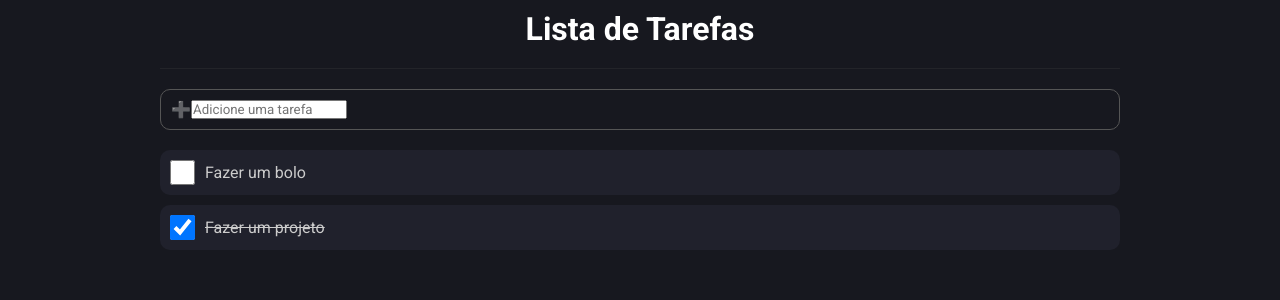
Repository: guilhermecardoso93/todolist-app
Page: /
An editor plug-in stored every save of this project. The page is shown before and after the next save, followed by the edit.
The browser window is 1280 px wide. The pictures show the whole page.
The project was rebuilt for these pictures with package versions that can differ from the ones it lists, and the page was loaded fresh each time. Also part of the build but not shown: vite.config.ts.

Above is the page before, as saved 2022-11-12 22:41:48.

### index.html
<!DOCTYPE html>
<html lang="en">
  <head>
    <meta charset="UTF-8" />
    <meta name="viewport" content="width=device-width, initial-scale=1.0" />
    <link rel="preconnect" href="https://fonts.googleapis.com">
    <link rel="preconnect" href="https://fonts.gstatic.com" crossorigin>
    <link
      href="https://fonts.googleapis.com/css2?family=Roboto:wght@400;500;700&display=swap"
      rel="stylesheet">
    <title>ToDo List</title>
  </head>
  <body>
    <div id="root"></div>
    <script type="module" src="/src/main.tsx"></script>
  </body>
</html>

### src/main.tsx
import React from 'react'
import ReactDOM from 'react-dom/client'
import {App} from './App'

import '../global.css'


ReactDOM.createRoot(document.getElementById('root') as HTMLElement).render(
  <React.StrictMode>
    <App />
  </React.StrictMode>
)

### src/App.tsx
import { useState } from "react";
import { Area, Container, Header } from "./App.styles";
import { AddTask } from "./components/AddTask";
import { ListTask } from "./components/ListTask";
import { Item } from "./types/Item";

export function App() {
  const [list, setList] = useState<Item[]>([
    {
      id: 1,
      task: "Fazer um bolo",
      isDone: false,
    },
    {
      id: 2,
      task: "Fazer um projeto",
      isDone: true,
    },
  ]);

  return (
    <Container>
      <Area>
        <Header>Lista de Tarefas</Header>
        <AddTask/>

       {list.map((task) => (
        <ListTask  task={task} key={task.id}/>
       ))}
      </Area>
    </Container>
  );
}

### global.css
* {
  box-sizing: border-box;
  margin: 0;
  padding: 0;

  font-family: 'Roboto', sans-serif;
}

### src/App.styles.ts
import styled from "styled-components";

export const Container = styled.div`
  background-color: #17181f;
  color: #797a81;
  min-height: 100vh;
`;

export const Area = styled.div`
  margin: auto;
  max-width: 980px;
  padding: 10px;
`;

export const Header = styled.h1`
  margin: 0;
  padding: 0;
  text-align: center;
  color: #fff;
  border-bottom: 1px solid #4444;
  padding-bottom: 20px;
  margin-bottom: 20px;
`;

### src/components/AddTask/index.tsx
import { Container } from "./AddTask.styles";

export function AddTask() {
return (
  <Container>
    <div className="image">
      ➕
    </div>
    <input
      type='text'
      placeholder='Adicione uma tarefa'
    />
  </Container>
)
}

### src/components/ListTask/index.tsx
import { useState } from "react";
import { Container } from "./ListTask.styles";
import { Item } from "../../types/Item";

type Props = {
  task: Item
  onChange: (id: number, done: boolean) => void
}

export function ListTask({ task, onChange }: Props) {
  const [ isChecked, setIsChecked] = useState(task.isDone)

  return (
    <Container isDone={isChecked}>
     <input
      type='checkbox'
      checked={isChecked}
      onChange={e => onChange(task.id, e.target.checked)}
      />
     <label>{task.task}</label>
    </Container>
  )
}

### src/components/AddTask/AddTask.styles.ts
import styled from "styled-components";

export const Container = styled.div`
  display: flex;
  align-items: center;
  justify-content: start;

  padding: 10px;
  margin: 20px 0px;
  border-radius: 10px;
  border: 1px solid #555;
`;

### src/components/ListTask/ListTask.styles.ts
import styled from "styled-components";

type ContainerProps = {
  isDone: boolean;
};

export const Container = styled.div(
  ({ isDone }: ContainerProps) =>
    `display: flex;
  background-color: #20212c;
  padding: 10px;
  margin-bottom: 10px;
  border-radius: 10px;
  align-items: center;

  input {
    width: 25px;
    height: 25px;
    margin-right: 10px;
  }

  label {
    color: #ccc;
    text-decoration: ${isDone ? "line-through" : "initial"}
  }`
);

After the next save:
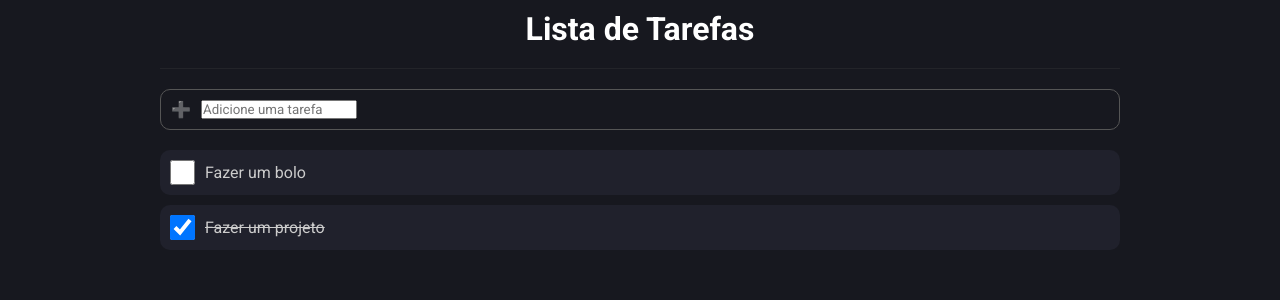
Saved 65 s later.
--- a/src/components/AddTask/AddTask.styles.ts
+++ b/src/components/AddTask/AddTask.styles.ts
@@ -9,4 +9,8 @@ export const Container = styled.div`
   margin: 20px 0px;
   border-radius: 10px;
   border: 1px solid #555;
+
+  .image {
+    margin-right: 10px;
+  }
 `;
